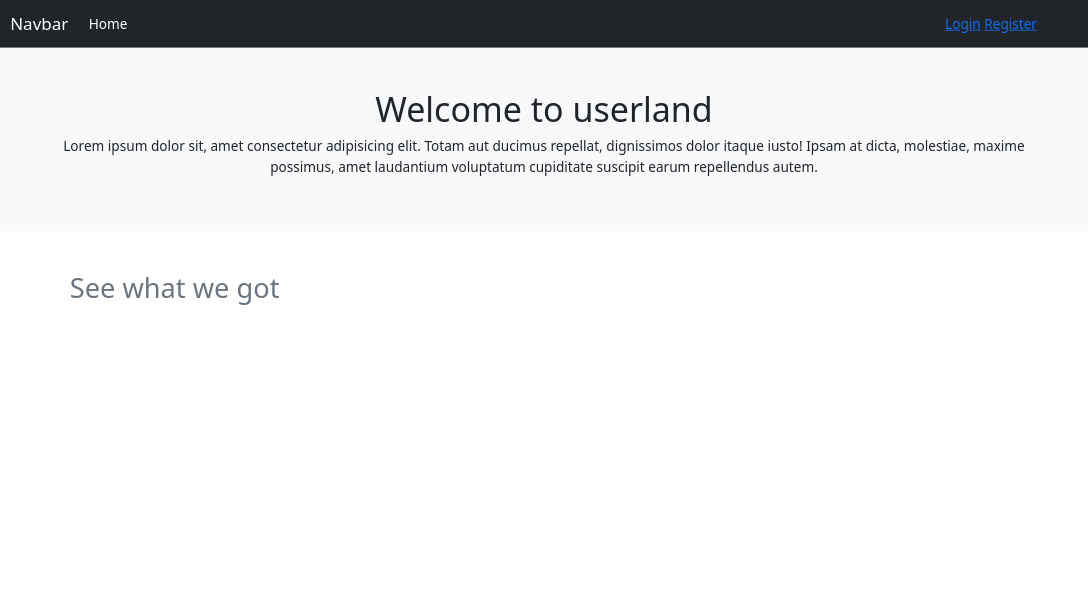
Repository: BrittleHeart/symfony-users--crud
Page: templates/home/home.html.twig
An editor plug-in stored every save of this project. The page is shown before and after a run of saves, followed by the edit.
The browser window is 1280 px wide. The pictures show the whole page, at 85% of full size.
The page is a Twig template of a Symfony application; nobody is signed in and links lead nowhere. The template is opened directly, without the code that normally fills it, so the values that code supplies are empty.

Above is the page before, as saved 2021-02-20 15:52:15.

After the next 3 saves:
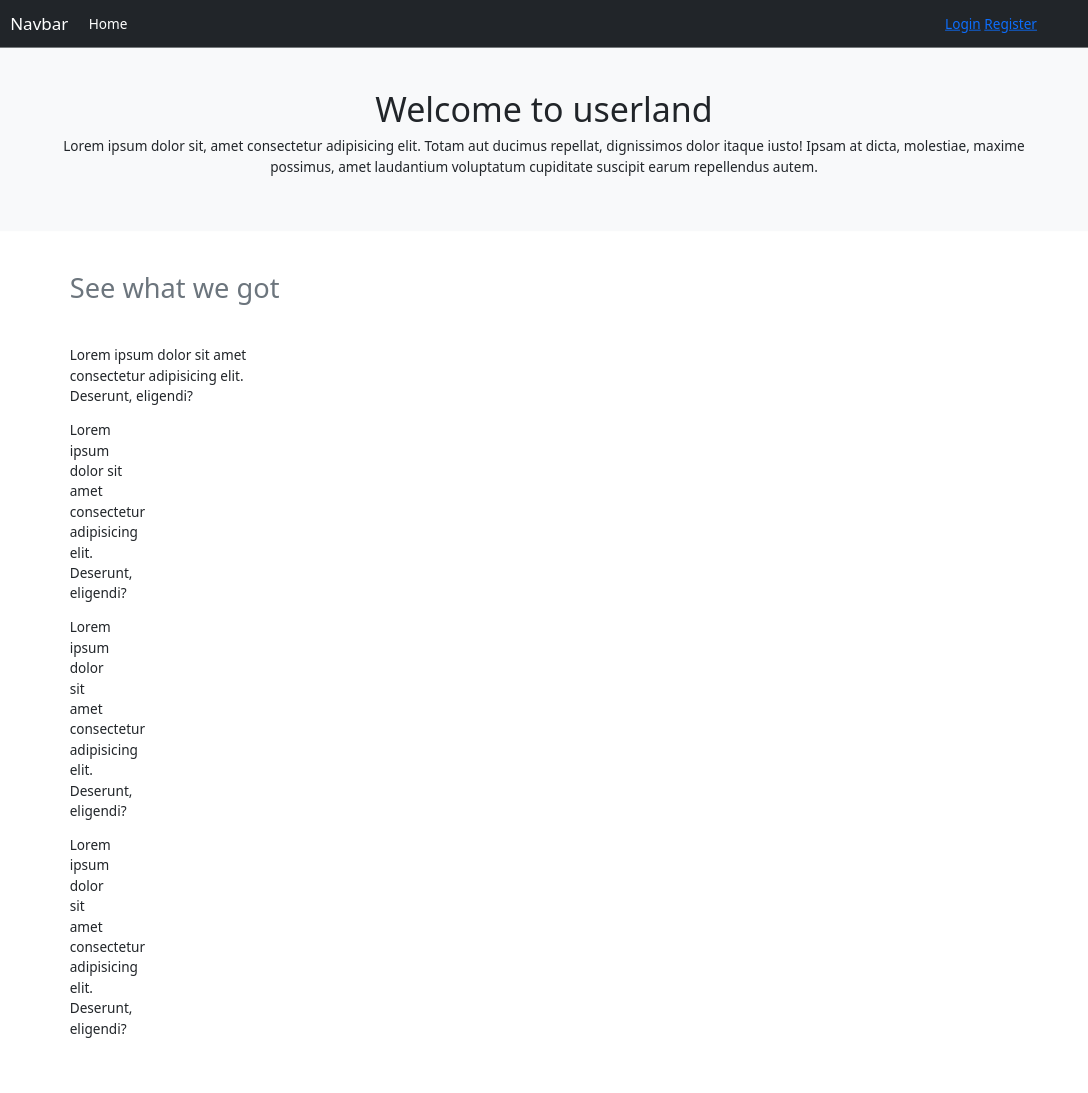
The 3 saves are shown as one change because they came seconds apart.
The last was saved 13 s later.
--- a/templates/home/home.html.twig
+++ b/templates/home/home.html.twig
@@ -12,13 +12,13 @@
 			<h2 class="text-muted">See what we got</h2>
 			<div class="row mt-5">
 				<div class="col-md-3">
-                <p></p>
+                <p>Lorem ipsum dolor sit amet consectetur adipisicing elit. Deserunt, eligendi?</p>
 				<div class="col-md-3">
-                <p></p>
+                <p>Lorem ipsum dolor sit amet consectetur adipisicing elit. Deserunt, eligendi?</p>
 				<div class="col-md-3">
-                <p></p>
+                <p>Lorem ipsum dolor sit amet consectetur adipisicing elit. Deserunt, eligendi?</p>
 				<div class="col-md-3">
-                <p></p>
+                <p>Lorem ipsum dolor sit amet consectetur adipisicing elit. Deserunt, eligendi?</p>
 			</div>
 		</div>
 	</main>
